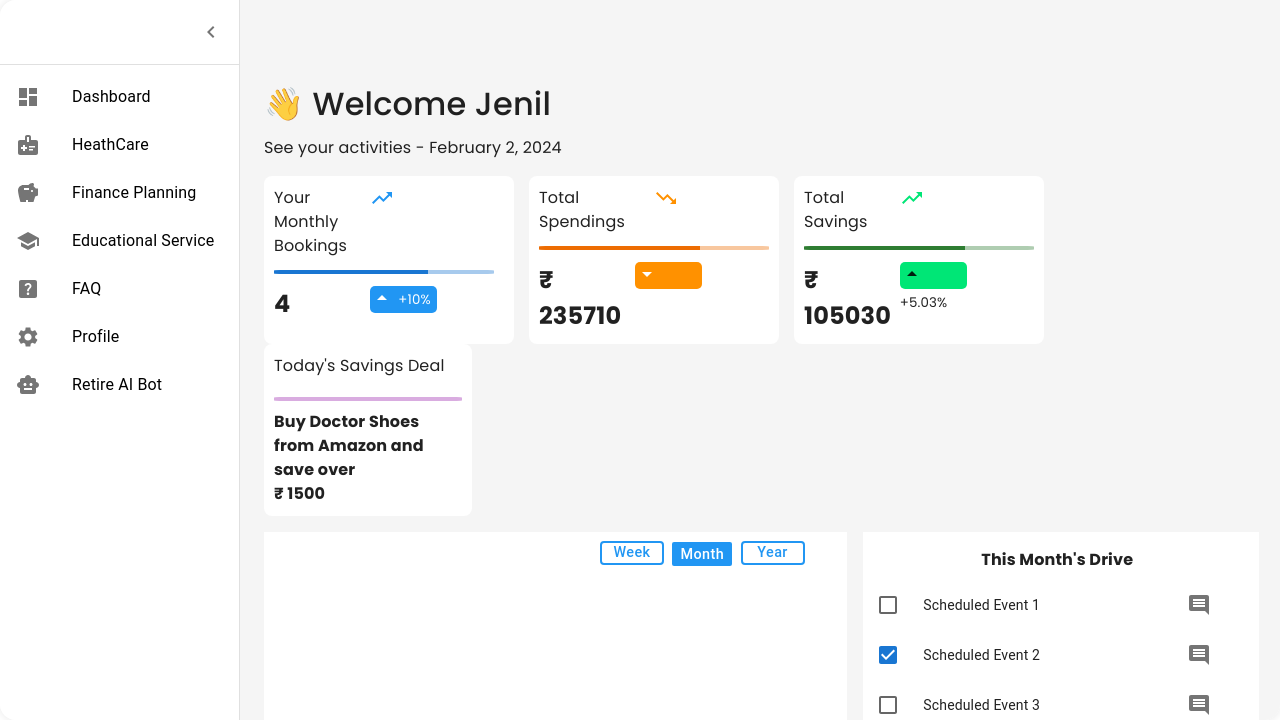
Repository: shubhampirate/Google_Solutions_Edural
Page: /dashboard
These files come from the project's save history. The page is drawn as it stood at one moment and after the next save; the edit follows.
The browser window is 1280 px wide. The pictures show the whole page.
The page's requests for data from a server got no answer. An inner scrolling area shows only its first screen. The project was rebuilt for these pictures with package versions that can differ from the ones it lists, and the page was loaded fresh each time. Some packages were replaced by stand-ins written for this rebuild. No one was signed in, and anything a server would have sent is missing. Also part of the build but not shown: src/Components/CustomButton.jsx, src/Components/Navbar.jsx, src/Components/Footer.jsx, src/Components/CongratsCard.jsx, src/pages/Hero/Hero.jsx, src/pages/Sign_in.jsx.

Above is the page before, as saved 2024-02-03 17:25:42.

### src/index.js
import React from "react";
import ReactDOM from "react-dom/client";
import "./index.css";
import { GoogleOAuthProvider } from '@react-oauth/google';
import App from "./App";
import { BrowserRouter } from "react-router-dom";
const root = ReactDOM.createRoot(
    document.getElementById("root"));
root.render(
    <BrowserRouter>
<GoogleOAuthProvider clientId="730379698185-cv7a59sok9sod43v04ee6g6pt4gtaea2.apps.googleusercontent.com">
        {/* <React.StrictMode> */}
            <App />
        {/* </React.StrictMode> */}
    </GoogleOAuthProvider>
    </BrowserRouter>

);

### src/App.jsx
import Hero from "./pages/Hero/Hero";
import Dashboard from "./pages/Dashboard/Dashboard";
import SignIn from "./pages/Sign_in";
import {useState} from "react";
import { Route, Routes } from "react-router-dom";
function App() {
  return (
    <>
      {/* <Hero />   */}
      {/* <SignIn /> */}
      <Routes>
        <Route path="/signin" element={<><SignIn /></>} />
        <Route path="/dashboard" element={<><Dashboard /></>} />
        {/* <Route path="/education" element={<><Education /></>} /> */}
        {/* <Route path="/health" element={<><Health /></>} /> */}
        {/* <Route path="/profile" element={<><Profile /></>} /> */}
        {/* <Route path="/finance" element={<><Finance /></>} /> */}
        {/* <Route path="/questions" element={<><Questions /></>} /> */}
        {/* <Route path="/retireaibot" element={<><Bot /></>} /> */}
        <Route path="/" element={<><Hero /></>} />
      </Routes>
         </>
  );
}

export default App;

### src/pages/Dashboard/Dashboard.jsx
import * as React from 'react';
import { styled, createTheme, ThemeProvider } from '@mui/material/styles';
import CssBaseline from '@mui/material/CssBaseline';
import MuiDrawer from '@mui/material/Drawer';
import Box from '@mui/material/Box';
import MuiAppBar from '@mui/material/AppBar';
import Toolbar from '@mui/material/Toolbar';
import {
  LinearProgress, ListItem, CircularProgress, Checkbox, ListItemText, Dialog, DialogActions, DialogContent,
  DialogContentText, DialogTitle, ListItemIcon, ListItemButton
} from '@mui/material';
import TrendingUpIcon from '@mui/icons-material/TrendingUp';
// import { PieChart } from '@mui/x-charts/PieChart';
// import { useDrawingArea } from '@mui/x-charts/hooks';
import TrendingDownIcon from '@mui/icons-material/TrendingDown';
import List from '@mui/material/List';
import Divider from '@mui/material/Divider';
import IconButton from '@mui/material/IconButton';
import ArrowDropUpIcon from '@mui/icons-material/ArrowDropUp';
import ArrowDropDownIcon from '@mui/icons-material/ArrowDropDown';
import Grid from '@mui/material/Grid';
import MenuIcon from '@mui/icons-material/Menu';
import ChevronLeftIcon from '@mui/icons-material/ChevronLeft';
import { mainListItems } from '../../Components/listItems';
import axios from 'axios';
import Button from '@mui/material/Button';
import CommentIcon from '@mui/icons-material/Comment';
import Swal from 'sweetalert2';
import { useState } from 'react';
import { useEffect } from 'react';
// import { Bar } from "react-chartjs-2";
// import { BarElement, CategoryScale, Chart as ChartJS, Legend, LinearScale, Title, Tooltip } from "chart.js";
// import GoogleTranslateComponent from '../../Components/GoogleTranslateComponent';
// import csacc from "../../media/csacc.png"
// import creditscoremodel from "../../media/creditscoremodel.png"
// import creditflow from "../../media/creditflowchart.png"
// ChartJS.register(CategoryScale, LinearScale, BarElement, Title, Tooltip, Legend);

const drawerWidth = 240;

const AppBar = styled(MuiAppBar, {
  shouldForwardProp: (prop) => prop !== 'open',
})(({ theme, open }) => ({
  zIndex: theme.zIndex.drawer + 1,
  transition: theme.transitions.create(['width', 'margin'], {
    easing: theme.transitions.easing.sharp,
    duration: theme.transitions.duration.leavingScreen,
  }),
  ...(open && {
    marginLeft: drawerWidth,
    width: `calc(100% - ${drawerWidth}px)`,
    transition: theme.transitions.create(['width', 'margin'], {
      easing: theme.transitions.easing.sharp,
      duration: theme.transitions.duration.enteringScreen,
    }),
  }),
}));

const Drawer = styled(MuiDrawer, { shouldForwardProp: (prop) => prop !== 'open' })(
  ({ theme, open }) => ({
    '& .MuiDrawer-paper': {
      position: 'relative',
      whiteSpace: 'nowrap',
      width: drawerWidth,
      transition: theme.transitions.create('width', {
        easing: theme.transitions.easing.sharp,
        duration: theme.transitions.duration.enteringScreen,
      }),
      boxSizing: 'border-box',
      ...(!open && {
        overflowX: 'hidden',
        transition: theme.transitions.create('width', {
          easing: theme.transitions.easing.sharp,
          duration: theme.transitions.duration.leavingScreen,
        }),
        width: theme.spacing(7),
        [theme.breakpoints.up('sm')]: {
          width: theme.spacing(9),
        },
      }),
    },
  }),
);

var currentDate = new Date();

var months = [
  "January", "February", "March", "April", "May", "June",
  "July", "August", "September", "October", "November", "December"
];

var formattedDate = months[currentDate.getMonth()] + " " + currentDate.getDate() + ", " + currentDate.getFullYear();

const defaultTheme = createTheme();

export default function Dashboard() {
  const [open, setOpen] = React.useState(true);
  const toggleDrawer = () => {
    setOpen(!open);
  };

  const [expensedata, setExpensedata] = useState([])

  useEffect(() => {
    loadList();
  }, []);


  const loadList = async () => {
    const result = await axios.get(`https://wixstocle.pythonanywhere.com/api/expense/`, {
      headers: { "Authorization": `Token 11c868750d92deda81638c5a9a59177bdc7ae41a` },
    });
    console.log(result.data.data);
    setExpensedata(result.data.data);
  }

  const getLabels = () => expensedata.slice(-5).map(data => data.date);

  const getData = (key) => expensedata.slice(-5).map(data => data[key]);

  const optionsexpense = {
    indexAxis: 'x',
    elements: {
      bar: {
        borderWidth: 0,
      },
    },
    responsive: true,
    interaction: {
      mode: 'index',
      intersect: false,
    },
    scales: {
      x: {
        stacked: false,
      },
      y: {
        stacked: false,
      },
    },
    plugins: {
      legend: {
        position: 'top',
      }
    },
  };

  const dataexpense = {
    labels: getLabels(),
    datasets: [
      {
        label: 'Revenue',
        data: getData('income'),
        backgroundColor: '#2196f3',
      },
      {
        label: 'Spendings',
        data: getData('expense'),
        backgroundColor: '#ff9100',
      },
      {
        label: 'Savings',
        data: getData('savings'),
        backgroundColor: '#00e676',
      },
    ],
  };

  const today = new Date();
  const year = today.getFullYear();
  const month = String(today.getMonth() + 1).padStart(2, '0'); // Months are zero-based
  const day = String(today.getDate()).padStart(2, '0');

  const todayDate = `${year}-${month}-${day}`;

  const [userData, setUserData] = React.useState({
    income: '',
    savings: '',
    expense: '',
    date: todayDate,
    user: "tony@gmail.com"
  });

  const handleChangePlan = (field, value) => {
    setUserData((prevData) => ({ ...prevData, [field]: value }));
  };
  const creditscore = 87.4;

  const handlePostData = () => {
    console.log(userData);
    fetch(`https://wixstocle.pythonanywhere.com/api/expense/`, {
      method: 'POST',
      headers: {
        "Authorization": `Token 11c868750d92deda81638c5a9a59177bdc7ae41a`,
        'Content-Type': 'application/json',
      },
      body: JSON.stringify(userData),
    })
      .then((response) => response.json())
      .then((data) => {
        // console.log(data);
        if (data.status == true) {
          Swal.fire({
            icon: 'success',
            title: 'Successfully Saved the details',
            showConfirmButton: false,
            timer: 3000
          })
          setExpensedata([...expensedata, userData]);
        }
        else {
          Swal.fire({
            icon: 'error',
            title: data.message,
            showConfirmButton: false,
            timer: 3000
          })
        }
      });
  };


//   function PieCenterLabel({ children }) {
//     const { width, height, left, top } = useDrawingArea();
//     return (
//       <StyledText x={left + width / 2} y={top + height / 2}>
//         {children}
//       </StyledText>
//     );
//   }

  const [checked, setChecked] = React.useState([1]);

  const handleToggle = (value) => () => {
    const currentIndex = checked.indexOf(value);
    const newChecked = [...checked];

    if (currentIndex === -1) {
      newChecked.push(value);
    } else {
      newChecked.splice(currentIndex, 1);
    }

    setChecked(newChecked);
  };

//   const [openDia, setOpenDia] = useState(false);
//   const handleClickOpenDia = () => { setOpenDia(true); };
//   const handleCloseDia = () => { setOpenDia(false); };


  return (
    <ThemeProvider theme={defaultTheme}>
      <Box sx={{ display: 'flex', borderRadius: '16px', overflow: 'hidden', boxShadow: '0px 0px 10px rgba(0, 0, 0, 0.1)' }} >
        <CssBaseline />
        <AppBar position="absolute" open={open} sx={{ backgroundColor: "whitesmoke", boxShadow: 'none' }}>
          <Toolbar
            sx={{
              pr: '24px', // keep right padding when drawer closed
              display: 'flex',
              alignItems: 'center',
              justifyContent: 'space-between',
            }}>
            <Box sx={{ display: 'flex', alignItems: 'center' }}>
              <IconButton
                edge="start"
                aria-label="open drawer"
                onClick={toggleDrawer}
                sx={{
                  marginRight: '36px',
                  ...(open && { display: 'none' }),
                  backgroundColor: "#fff"
                }}>
                <MenuIcon />
              </IconButton>
            </Box>
          </Toolbar>
        </AppBar>
        <Drawer variant="permanent" open={open}>
          <Toolbar
            sx={{
              display: 'flex',
              alignItems: 'center',
              justifyContent: 'flex-end',
              px: [1],
            }}
          >
            {/* <GoogleTranslateComponent /> */}
            <IconButton onClick={toggleDrawer}>
              <ChevronLeftIcon />
            </IconButton>
          </Toolbar>
          <Divider />
          <List component="nav">
            {mainListItems}
          </List>
        </Drawer>
        <Box
          component="main"
          sx={{
            backgroundColor: (theme) =>
              theme.palette.mode === 'light'
                ? theme.palette.grey[100]
                : theme.palette.grey[900],
            flexGrow: 1,
            height: '100vh',
            overflow: 'auto',
          }}>
          <Toolbar />
          <Grid container spacing={2} marginTop="0.02rem" paddingLeft={3} paddingRight={2}>
            <Grid item xs={12}>
              <div style={{ fontSize: "2rem", fontWeight: "500" }}>👋 Welcome Jenil</div>
            </Grid>
            <Grid item xs={12} marginTop="-0.5rem">
              <div>See your activities - {formattedDate} </div>
            </Grid>
          </Grid>
          <Grid container spacing={2} marginTop="1rem" paddingLeft={5} paddingRight={2}>
            <Grid item xs={12} md={3} style={{ backgroundColor: "white", padding: "10px", marginRight: "15px", borderRadius: "0.5rem" }}>
              <Grid item xs={12}>
                <Grid container>
                  <Grid item xs={5}><div>Your Monthly Bookings</div></Grid>
                  <Grid item xs={4}><TrendingUpIcon sx={{ color: "#2196f3" }} /></Grid>
                </Grid>
                <Grid item xs={12}>
                  <LinearProgress variant="determinate" value={70} sx={{ color: "#2196f3", borderRadius: "10%", margin: "12px 10px 12px 0px" }} />
                </Grid>
                <Grid item xs={12}>
                  <Grid container>
                    <Grid item xs={5}>
                      {!loadList ? <><div style={{ fontSize: "1.5rem", fontWeight: "550" }}>
                        ₹ {expensedata[0].income + expensedata[1].income + expensedata[2].income + expensedata[3].income + expensedata[4].income + expensedata[5].income}</div>
                      </> : <div style={{ fontSize: "1.5rem", fontWeight: "550" }}> 4</div>}
                    </Grid>
                    <Grid item xs={3.5} style={{ backgroundColor: "#2196f3", color: "white", borderRadius: "5px", height: "1.65rem" }}>
                      <ArrowDropUpIcon /> <sup>+10%</sup>
                    </Grid>
                  </Grid>
                </Grid>
              </Grid>
            </Grid>
            <Grid item xs={12} md={3} style={{ backgroundColor: "white", padding: "10px", marginRight: "15px", borderRadius: "0.5rem" }}>
              <Grid item xs={12}>
                <Grid container>
                  <Grid item xs={6}><div>Total Spendings</div></Grid>
                  <Grid item xs={4}><TrendingDownIcon sx={{ color: "#ff9100" }} /></Grid>
                </Grid>
                <Grid item xs={12}>
                  <LinearProgress variant="determinate" value={70} color='warning' sx={{ borderRadius: "10%", margin: "12px 0px" }} />
                </Grid>
                <Grid item xs={12}>
                  <Grid container>
                    <Grid item xs={5}>
                      {!loadList ? <><div style={{ fontSize: "1.5rem", fontWeight: "550" }}>
                        ₹ {expensedata[0].income + expensedata[1].income + expensedata[2].income + expensedata[3].income + expensedata[4].income + expensedata[5].income}</div>
                      </> : <div style={{ fontSize: "1.5rem", fontWeight: "550" }}>₹ 235710</div>}
                    </Grid>
                    <Grid item xs={3.5} style={{ backgroundColor: "#ff9100", color: "white", borderRadius: "5px", height: "1.65rem" }}>
                      <ArrowDropDownIcon /> <sup>+3.17%</sup>
                    </Grid>
                  </Grid>
                </Grid>
              </Grid>
            </Grid>
            <Grid item xs={12} md={3} style={{ backgroundColor: "white", padding: "10px", marginRight: "15px", borderRadius: "0.5rem" }}>
              <Grid item xs={12}>
                <Grid container>
                  <Grid item xs={5}><div>Total Savings</div></Grid>
                  <Grid item xs={4}><TrendingUpIcon sx={{ color: "#00e676" }} /></Grid>
                </Grid>
                <Grid item xs={12}>
                  <LinearProgress variant="determinate" value={70} color="success" style={{ borderRadius: "10%", margin: "12px 0px" }} />
                </Grid>
                <Grid item xs={12}>
                  <Grid container>
                    <Grid item xs={5}>
                      {!loadList ? <><div style={{ fontSize: "1.5rem", fontWeight: "550" }}>
                        ₹ {expensedata[0].income + expensedata[1].income + expensedata[2].income + expensedata[3].income + expensedata[4].income + expensedata[5].income}</div>
                      </> : <div style={{ fontSize: "1.5rem", fontWeight: "550" }}>₹ 105030</div>}
                    </Grid>
                    <Grid item xs={3.5} style={{ backgroundColor: "#00e676", borderRadius: "5px", height: "1.65rem" }}>
                      <ArrowDropUpIcon /> <sup>+5.03%</sup>
                    </Grid>
                  </Grid>
                </Grid>
              </Grid>
            </Grid>
            <Grid item xs={12} md={2.5} style={{ backgroundColor: "white", padding: "10px", borderRadius: "0.5rem" }}>
              <Grid container spacing={2}>
                <Grid item xs={12}>Today's Savings Deal</Grid>
                <Grid item xs={12}>
                  <LinearProgress variant="determinate" value={0} color='secondary' sx={{ borderRadius: "10%", margin: "3px 0px" }} />
                </Grid>
                <Grid item xs={12} sx={{ fontWeight: "550", marginTop: "-10px" }}>Buy Doctor Shoes from Amazon and save over <br />₹ 1500</Grid>
              </Grid>
            </Grid>
          </Grid>
          <Grid container spacing={2} marginTop="1rem" paddingLeft={5} paddingRight={2} marginBottom={2}>
            <Grid item xs={7} sx={{ backgroundColor: "white", padding: "5px", marginRight: "1rem" }}>
              <Grid container spacing={2} padding={1}>
                <Grid xs={7}></Grid>
                <Grid xs={1.5}><Button style={{
                  borderColor: "#2196f3", color: "#2196f3", height: "1.5rem", textTransform: "capitalize",
                  fontSize: "0.9rem", border: "2px solid", textAlign: "left"
                }}>Week</Button></Grid>
                <Grid xs={1.5}><Button style={{
                  backgroundColor: "#2196f3", color: "white", height: "1.75rem", textTransform: "capitalize",
                  fontSize: "0.9rem", border: "2px solid", textAlign: "left"
                }}>Month</Button></Grid>
                <Grid xs={1}><Button style={{
                  borderColor: "#2196f3", color: "#2196f3", height: "1.5rem", textTransform: "capitalize",
                  fontSize: "0.9rem", border: "2px solid", textAlign: "left"
                }}>Year</Button></Grid>
                <Grid xs={12} marginTop={2}>
                  {/* <Bar options={optionsexpense} data={dataexpense} /> */}
                </Grid>
              </Grid>
            </Grid>
            <Grid item xs={4.75} >
              <Grid container spacing={2} >

                <Grid item xs={12}>
                  <Grid container spacing={2} sx={{ backgroundColor: "white", marginBottom: "0.5rem" }}>
                    <Grid item xs={12} style={{ textAlign: "center", marginLeft: "-0.75rem", fontWeight: "600" }}>This Month's Drive</Grid>
                    <List sx={{ width: '100%', maxWidth: 360, bgcolor: 'background.paper' }}>
                      {[0, 1, 2].map((value) => {
                        const labelId = `checkbox-list-label-${value}`;
                        return (
                          <ListItem
                            key={value}
                            secondaryAction={
                              <IconButton edge="end" aria-label="comments">
                                <CommentIcon />
                              </IconButton>
                            }
                            disablePadding
                          >
                            <ListItemButton role={undefined} onClick={handleToggle(value)} dense>
                              <ListItemIcon>
                                <Checkbox
                                  edge="start"
                                  checked={checked.indexOf(value) !== -1}
                                  tabIndex={-1}
                                  disableRipple
                                  inputProps={{ 'aria-labelledby': labelId }}
                                />
                              </ListItemIcon>
                              <ListItemText id={labelId} style={{ marginLeft: "-0.75rem" }} primary={`Scheduled Event ${value + 1}`} />
                            </ListItemButton>
                          </ListItem>
                        );
                      })}
                    </List>
                  </Grid>
                </Grid>
              </Grid>
            </Grid>
          </Grid>

        </Box>
      </Box >
    </ThemeProvider >
  );
}

### src/Components/listItems.jsx
import * as React from 'react';
import ListItemButton from '@mui/material/ListItemButton';
import ListItemIcon from '@mui/material/ListItemIcon';
import ListItemText from '@mui/material/ListItemText';
import DashboardIcon from '@mui/icons-material/Dashboard';
import MedicalInformationIcon from '@mui/icons-material/MedicalInformation';
import SavingsIcon from '@mui/icons-material/Savings';
import SchoolIcon from '@mui/icons-material/School';
import HelpCenterIcon from '@mui/icons-material/HelpCenter';
import SettingsIcon from '@mui/icons-material/Settings';
import SmartToyIcon from '@mui/icons-material/SmartToy';
import { Link } from 'react-router-dom';
// import GoogleTranslateComponent from './GoogleTranslateComponent';


export const mainListItems = (
  <>
    <React.Fragment>
      <Link to="/dashboard" style={{ textDecoration: "none", color: "black" }}>
        <ListItemButton>
          <ListItemIcon>
            <DashboardIcon />
          </ListItemIcon>
          <ListItemText primary="Dashboard" />
        </ListItemButton>
      </Link>
      <Link to="/health" style={{ textDecoration: "none", color: "black" }}>
        <ListItemButton>
          <ListItemIcon>
            <MedicalInformationIcon />
          </ListItemIcon>
          <ListItemText primary="HeathCare" />
        </ListItemButton>
      </Link>
      <Link to="/finance" style={{ textDecoration: "none", color: "black" }}>
        <ListItemButton>
          <ListItemIcon>
            <SavingsIcon />
          </ListItemIcon>
          <ListItemText primary="Finance Planning" />
        </ListItemButton>
      </Link>
      <Link to="/education" style={{ textDecoration: "none", color: "black" }}>
        <ListItemButton>
          <ListItemIcon>
            <SchoolIcon />
          </ListItemIcon>
          <ListItemText primary="Educational Service" />
        </ListItemButton>
      </Link>
      <Link to="/questions" style={{ textDecoration: "none", color: "black" }}>
        <ListItemButton>
          <ListItemIcon>
            <HelpCenterIcon />
          </ListItemIcon>
          <ListItemText primary="FAQ" />
        </ListItemButton>
      </Link>
      <Link to="/profile" style={{ textDecoration: "none", color: "black" }}>
        <ListItemButton>
          <ListItemIcon>
            <SettingsIcon />
          </ListItemIcon>
          <ListItemText primary="Profile" />
        </ListItemButton>
      </Link>
      <Link to="/retireaibot" style={{ textDecoration: "none", color: "black" }}>
        <ListItemButton>
          <ListItemIcon>
            <SmartToyIcon />
          </ListItemIcon>
          <ListItemText primary="Retire AI Bot" />
        </ListItemButton>
      </Link>
    </React.Fragment >
  </>
);

// export const secondaryListItems = (
//   <React.Fragment>
//     <ListSubheader component="div" inset>
//       Saved reports
//     </ListSubheader>
//     <ListItemButton>
//       <ListItemIcon>
//         <AssignmentIcon />
//       </ListItemIcon>
//       <ListItemText primary="Current month" />
//     </ListItemButton>
//     <ListItemButton>
//       <ListItemIcon>
//         <AssignmentIcon />
//       </ListItemIcon>
//       <ListItemText primary="Last quarter" />
//     </ListItemButton>
//     <ListItemButton>
//       <ListItemIcon>
//         <AssignmentIcon />
//       </ListItemIcon>
//       <ListItemText primary="Year-end sale" />
//     </ListItemButton>
//   </React.Fragment>
// );

Loaded but not shown: public/index.html (common file); src/index.css (common file)

After the next save:
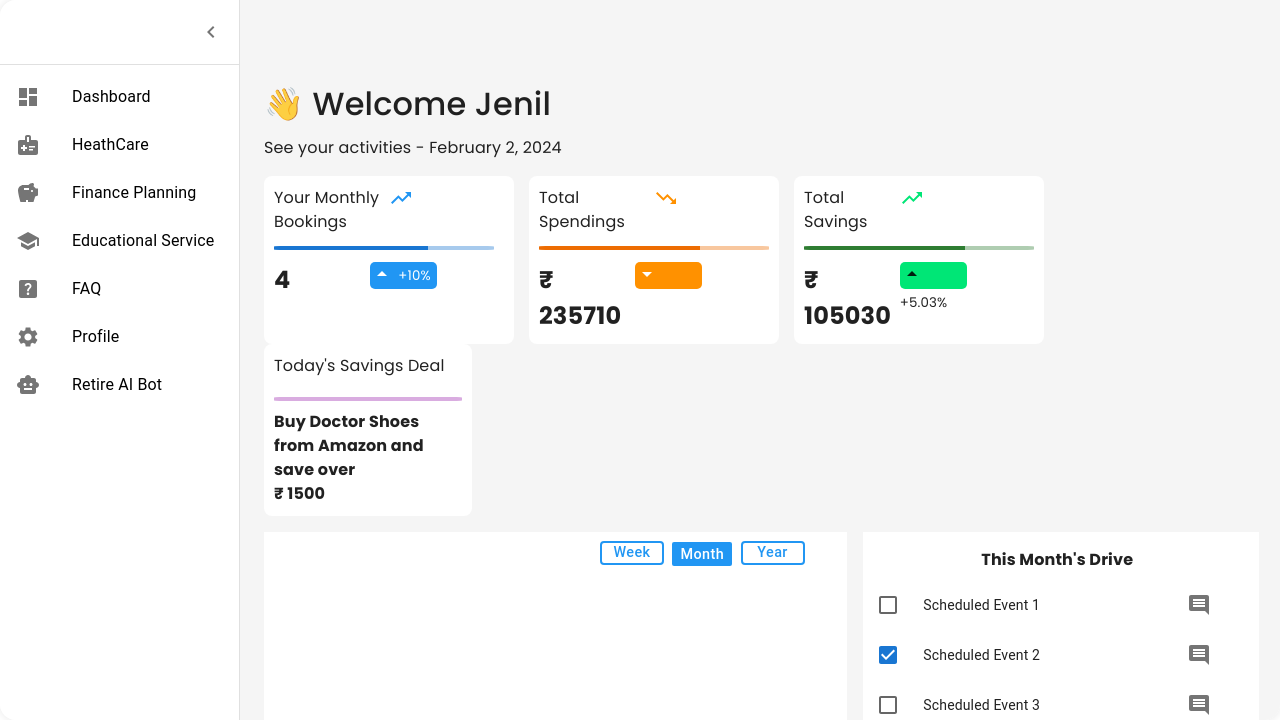
Saved 40 s later.
--- a/src/pages/Dashboard/Dashboard.jsx
+++ b/src/pages/Dashboard/Dashboard.jsx
@@ -319,7 +319,7 @@ export default function Dashboard() {
             <Grid item xs={12} md={3} style={{ backgroundColor: "white", padding: "10px", marginRight: "15px", borderRadius: "0.5rem" }}>
               <Grid item xs={12}>
                 <Grid container>
-                  <Grid item xs={5}><div>Your Monthly Bookings</div></Grid>
+                  <Grid item xs={6}><div>Your Monthly Bookings</div></Grid>
                   <Grid item xs={4}><TrendingUpIcon sx={{ color: "#2196f3" }} /></Grid>
                 </Grid>
                 <Grid item xs={12}>
